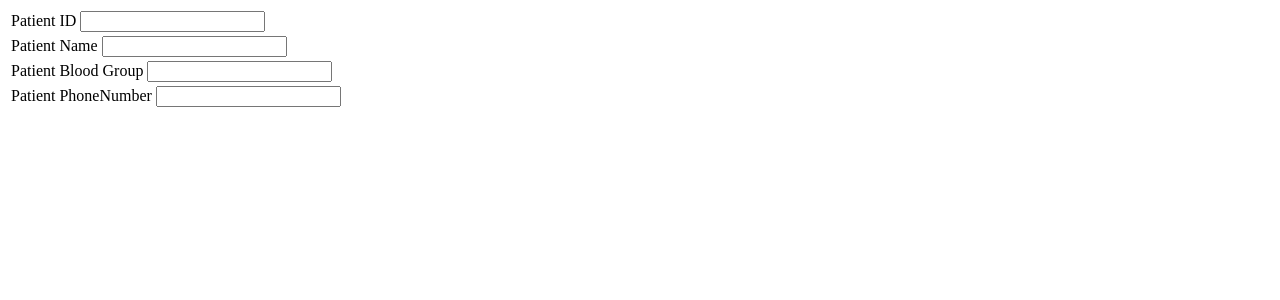
Repository: kishangk10/AllJava
Page: eclipse-workspace/project.patient/src/main/webapp/insert.html
These files come from the project's save history. The page is drawn as it stood at one moment and after the next save; the edit follows.
The browser window is 1280 px wide. The pictures show the whole page.

Above is the page before, as saved 2023-02-16 06:33:50.

After the next save:
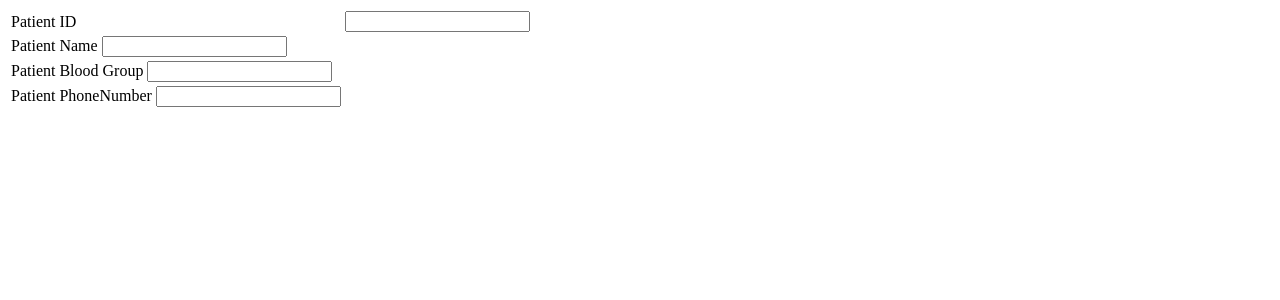
Saved 7 min 1 s later.
--- a/eclipse-workspace/project.patient/src/main/webapp/insert.html
+++ b/eclipse-workspace/project.patient/src/main/webapp/insert.html
@@ -10,10 +10,14 @@
 <table>
 <tr>
 <td>
-Patient ID <input type="text" name="pid">
+<label for="id">Patient ID</label>
+</td>
+<td>
+<input type="text" id="id" name="pid">
 </td>
 </tr>
 <tr>
+
 <td>
 Patient Name <input type="text" name="pname">
 </td>
